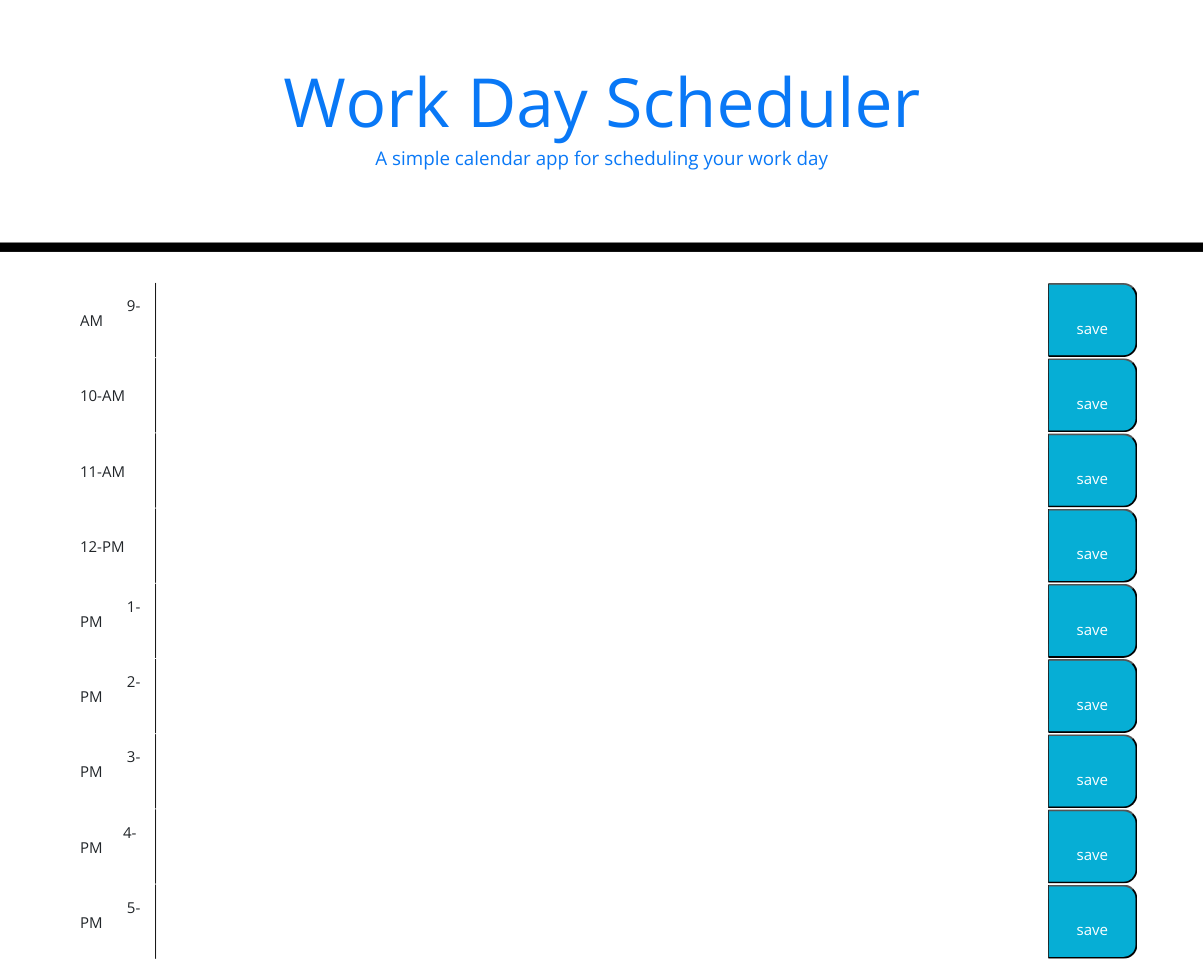
Repository: Mf948/DailyPlannerJS
Page: Develop/index.html
These files come from the project's save history. The page is drawn as it stood at one moment and after a run of saves; the edit follows.
The browser window is 1280 px wide. The pictures show the whole page, at 94% of full size.
Some web libraries are served in a nearby version.

Above is the page before, as saved 2020-12-10 09:51:52.
Console error: SyntaxError: Unexpected token '}'

After the next 6 saves:
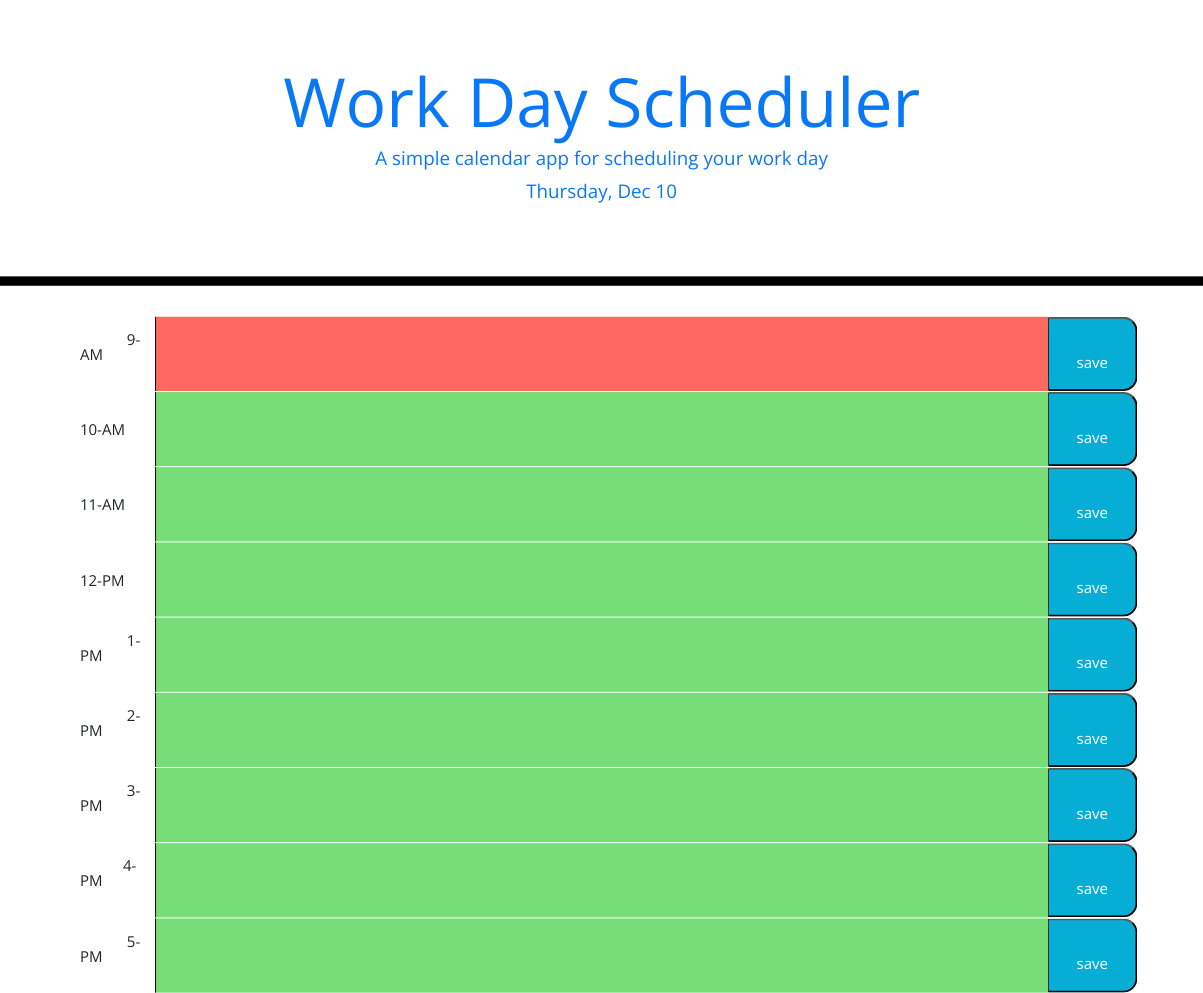
The error is gone.
The 6 saves are shown as one change because they came seconds apart.
The last was saved 18 s later.
--- a/Develop/script.js
+++ b/Develop/script.js
@@ -31,7 +31,10 @@
   $(".saveBtn").click(function(){
   localStorage.getItem("textarea")
  })
- function getimputvalue
+
+ function getinputvalue(){
+
+ }
 
 
     //console.log('local storage',localStorage)
